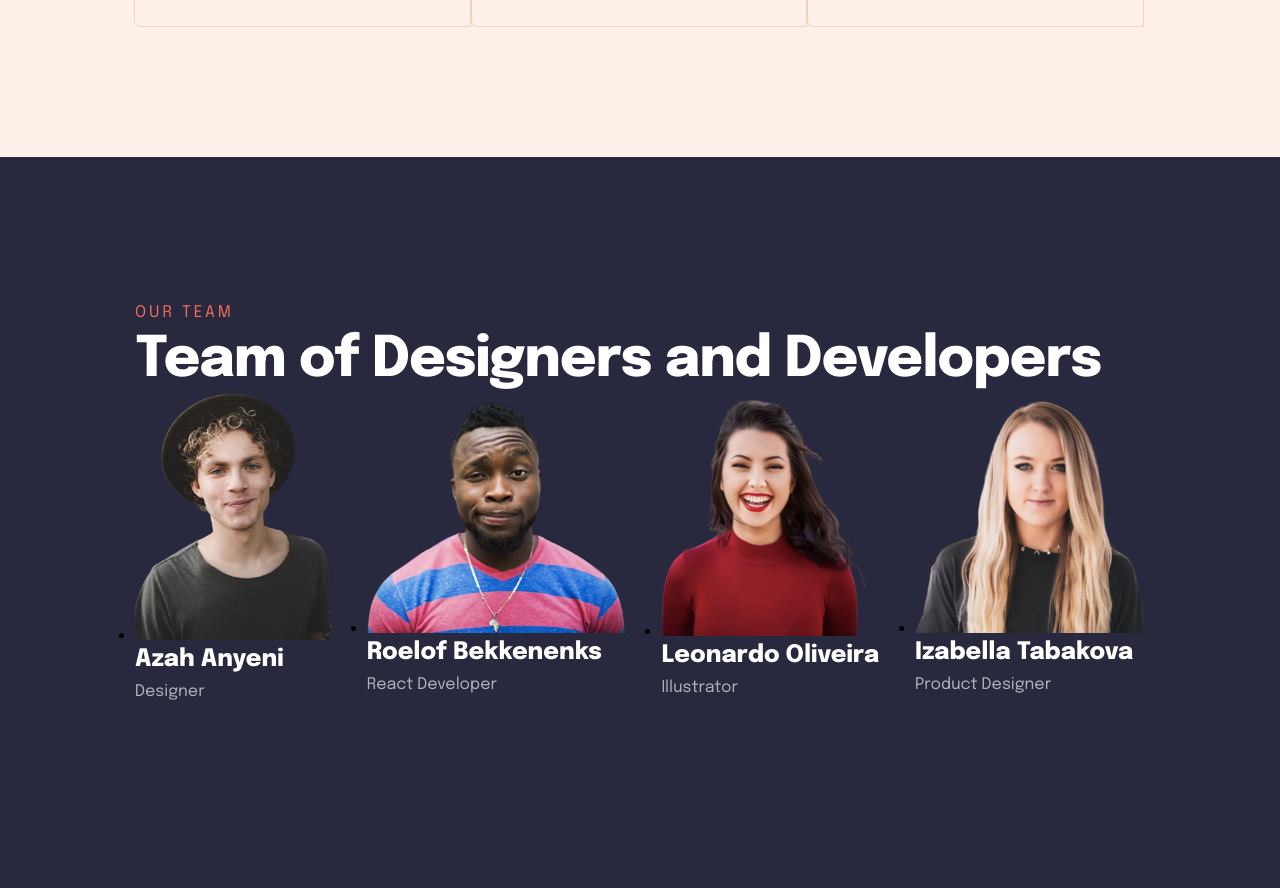
Repository: qafqazly123/websayt-1
Page: aboutPage/index.html
The author's editor kept a copy of each file at every save. The page is drawn from the files as they stood at one save, then again after a run of saves.
The browser window is 1280 px wide. The pictures show the part of the page from y = 1105 to 2057 px (the page is 1993 px tall before and 2057 px after).
A picture or video elsewhere on the page could not be fetched, so the positions and the page height are approximate.

Above is the page before, as saved 2023-12-19 15:23:50.

### aboutPage/index.html
<!DOCTYPE html>
<html lang="en">
  <head>
    <meta charset="UTF-8" />
    <meta name="viewport" content="width=device-width, initial-scale=1.0" />
    <title>Document</title>
    <link rel="stylesheet" href="index.css" />
  </head>
  <body>
    <div class="container-1">
      <div class="container-img">
        <img src="https://cdn.hswstatic.com/gif/biz-networking1.jpg" alt="" />
      </div>
      <div class="right-container">
        <div class="text-container">
          <h1>Founder Words</h1>
          <h2>
            Digital agency is a business you hire to outsource your digital
            marketing efforts
          </h2>
          <h4>Ren Delan</h4>
          <p>Founder</p>
        </div>
        <img src="./Shape.svg" alt="" />
      </div>
    </div>
    <div class="container-down">
      <ul>
        <li>
          <div class="circle-box">
            <div class="circle">
              <svg
                xmlns="http://www.w3.org/2000/svg"
                width="24"
                height="24"
                viewBox="0 0 24 24"
                fill="none"
              >
                <path
                  fill-rule="evenodd"
                  clip-rule="evenodd"
                  d="M2.82812 0.765296C3.35902 0.235151 4.09188 -0.0416708 4.84066 0.0050961C5.58945 0.051863 6.28217 0.417722 6.743 1.00981L9.43541 4.46897C9.92889 5.10349 10.1029 5.93003 9.9079 6.71007L9.08742 9.99522C9.00114 10.3413 9.10245 10.7073 9.35441 10.9598L13.0398 14.6454C13.2925 14.8979 13.6592 14.9993 14.0058 14.9124L17.2892 14.0919C18.0691 13.8969 18.8953 14.0711 19.5301 14.5644L22.989 17.2555C24.2324 18.2231 24.3464 20.0607 23.2335 21.1722L21.6825 22.7233C20.5726 23.8333 18.9136 24.3209 17.3672 23.7763C13.4091 22.3836 9.81531 20.1174 6.85249 17.146C3.88152 14.1834 1.61557 10.5899 0.222699 6.63206C-0.320284 5.08699 0.167201 3.42642 1.27717 2.31637L2.82812 0.765296Z"
                  fill="white"
                />
              </svg>
            </div>
            <h2>Phone</h2>
          </div>
          <p>+1 (234) 567-89-00</p>
        </li>
        <li>
          <div class="circle-box">
            <div class="circle">
              <svg
                xmlns="http://www.w3.org/2000/svg"
                width="24"
                height="24"
                viewBox="0 0 24 24"
                fill="none"
              >
                <path
                  fill-rule="evenodd"
                  clip-rule="evenodd"
                  d="M2.82812 0.765296C3.35902 0.235151 4.09188 -0.0416708 4.84066 0.0050961C5.58945 0.051863 6.28217 0.417722 6.743 1.00981L9.43541 4.46897C9.92889 5.10349 10.1029 5.93003 9.9079 6.71007L9.08742 9.99522C9.00114 10.3413 9.10245 10.7073 9.35441 10.9598L13.0398 14.6454C13.2925 14.8979 13.6592 14.9993 14.0058 14.9124L17.2892 14.0919C18.0691 13.8969 18.8953 14.0711 19.5301 14.5644L22.989 17.2555C24.2324 18.2231 24.3464 20.0607 23.2335 21.1722L21.6825 22.7233C20.5726 23.8333 18.9136 24.3209 17.3672 23.7763C13.4091 22.3836 9.81531 20.1174 6.85249 17.146C3.88152 14.1834 1.61557 10.5899 0.222699 6.63206C-0.320284 5.08699 0.167201 3.42642 1.27717 2.31637L2.82812 0.765296Z"
                  fill="white"
                />
              </svg>
            </div>
            <h2>Phone</h2>
          </div>

          <p>info@agency.com</p>
        </li>
        <li>
          <div class="circle-box">
            <div class="circle">
              <svg
                xmlns="http://www.w3.org/2000/svg"
                width="24"
                height="24"
                viewBox="0 0 24 24"
                fill="none"
              >
                <path
                  fill-rule="evenodd"
                  clip-rule="evenodd"
                  d="M2.82812 0.765296C3.35902 0.235151 4.09188 -0.0416708 4.84066 0.0050961C5.58945 0.051863 6.28217 0.417722 6.743 1.00981L9.43541 4.46897C9.92889 5.10349 10.1029 5.93003 9.9079 6.71007L9.08742 9.99522C9.00114 10.3413 9.10245 10.7073 9.35441 10.9598L13.0398 14.6454C13.2925 14.8979 13.6592 14.9993 14.0058 14.9124L17.2892 14.0919C18.0691 13.8969 18.8953 14.0711 19.5301 14.5644L22.989 17.2555C24.2324 18.2231 24.3464 20.0607 23.2335 21.1722L21.6825 22.7233C20.5726 23.8333 18.9136 24.3209 17.3672 23.7763C13.4091 22.3836 9.81531 20.1174 6.85249 17.146C3.88152 14.1834 1.61557 10.5899 0.222699 6.63206C-0.320284 5.08699 0.167201 3.42642 1.27717 2.31637L2.82812 0.765296Z"
                  fill="white"
                />
              </svg>
            </div>
            <h2>Phone</h2>
          </div>

          <p>2247 Lunetta Street, TX 76301</p>
        </li>
      </ul>
    </div>
    <div class="container-3">
      <h2>Our Team</h2>
      <h1>Team of Designers and Developers</h1>
      <ul>
        <li>
          <img src="../images/Bitmap.svg" alt="" />
          <h3>Azah Anyeni</h3>
          <p>Designer</p>
        </li>
        <li>
          <img src="../images/Bitmap (1).svg" alt="" />
          <h3>Roelof Bekkenenks</h3>
          <p>React Developer</p>
        </li>
        <li>
          <img src="../images/Bitmap (2).svg" alt="" />
          <h3>Leonardo Oliveira</h3>
          <p>Illustrator</p>
        </li>
        <li>
          <img src="../images/Bitmap (3).svg" alt="" />
          <h3>Izabella Tabakova</h3>
          <p>Product Designer</p>
        </li>
      </ul>
    </div>
  </body>
</html>

### aboutPage/index.css
@import url("https://fonts.googleapis.com/css2?family=Epilogue:wght@400;800&display=swap");
* {
  padding: 0px;
  margin: 0px;
  box-sizing: border-box;
}
.container-1 {
  padding: 180px 135px 176px 135px;
  background-color: #28293e;
  display: flex;
}
.container-img img {
  margin-right: 130px;
  width: 477px;
  height: 420px;
  background: url(<path-to-image>), lightgray 0px 0px / 100% 100% no-repeat;
}
.text-container {
  margin-top: 44px;
  position: relative;
  z-index: 1;
}
.text-container h1 {
  margin-bottom: 33px;
  color: var(--Text_Light_Accent, #ef6d58);
  font-feature-settings: "clig" off, "liga" off;

  font-family: Epilogue;
  font-size: 16px;
  font-style: normal;
  font-weight: 400;
  line-height: 32px;
  letter-spacing: 3px;
  text-transform: uppercase;
}
.text-container h2 {
  color: var(--Text_Light, #fff);
  font-feature-settings: "clig" off, "liga" off;

  font-family: Epilogue;
  font-size: 40px;
  font-style: normal;
  font-weight: 800;
  line-height: 48px;
}
.text-container h4 {
  margin-top: 44px;
  color: var(--Text_Light, #fff);
  font-feature-settings: "clig" off, "liga" off;

  /* Text_Big */
  font-family: Epilogue;
  font-size: 20px;
  font-style: normal;
  font-weight: 400;
  line-height: 32px; /* 160% */
}
.text-container p {
  margin-top: 6px;
  color: var(--Text_Light_Gray, rgba(255, 255, 255, 0.64));
  font-feature-settings: "clig" off, "liga" off;

  /* Text_Small */
  font-family: Epilogue;
  font-size: 14px;
  font-style: normal;
  font-weight: 400;
  line-height: 24px; /* 171.429% */
}
.right-container {
  position: relative;
}

.right-container img {
  position: absolute;
  right: 46px;
  top: 53px;
  z-index: 0;
}
/* down */
.container-down {
  padding: 80px 135px 130px 134px;
  background: #fdf0e9;
}
.container-down ul {
  display: flex;
}
.container-down li {
  width: 33.3%;
  padding: 48px;
  list-style-type: none;
  border-radius: 6px 0px 0px 6px;
  border: 1px solid #f3d1bf;
  position: relative;
}

.container-down li h2 {
  color: var(--Text_Dark_Accent, #ef6d58);
  font-feature-settings: "clig" off, "liga" off;

  font-family: Epilogue;
  font-size: 16px;
  font-style: normal;
  font-weight: 400;
  line-height: 32px;
  letter-spacing: 3px;
  text-transform: uppercase;
}
.container-down li p {
  color: var(--Text_Dark, #391400);
  font-feature-settings: "clig" off, "liga" off;

  /* Text_Big */
  font-family: Epilogue;
  font-size: 20px;
  font-style: normal;
  font-weight: 400;
  line-height: 32px; /* 160% */
}

.container-down .circle-box {
  display: flex;
  align-items: center;
  margin-bottom: 15px;
}

.container-down .circle {
  width: 64px;
  height: 64px;
  margin-right: 10px;
  background-color: #ef6d58;
  border-radius: 50%;
  display: flex;
  justify-content: center;
  align-items: center;
}
@media screen and (max-width: 768px) {
  .container-1 {
    padding: 116px 23px 88px 23px;
    flex-direction: column;
    align-items: center;
  }
  .container-1  .container-img img {
    width: 275.321px;
    height: 242.813px;
    margin-right: 0px;
    flex-direction: column;
  }
  .container-1.text-container {
    margin-top: 41px;
    flex-direction: column;
  }
  .container-1 .text-container h1 {
    margin-bottom: 29px;
  }
  .container-1 .text-container h2 {
    font-size: 24px;
    font-style: normal;
    font-weight: 700;
    line-height: 32px; /* 133.333% */
  }
  .container-1 .text-container h4 {
    margin-top: 23px;
  }
  /* down */
  .container-down {
    padding: 32px 23px 123px 23px;
  }
  .container-down ul {
    flex-direction: column;
  }
  .container-down li {
    padding: 30px;
    width: 100%;
  }
}
/* container-3 */
.container-3{
  padding: 140px 135px 180px 135px;
  background-color: #28293E;
}
.container-3 h2{
  color: var(--Text_Light_Accent, #EF6D58);
  font-feature-settings: 'clig' off, 'liga' off;

  /* H5 */
  font-family: Epilogue;
  font-size: 16px;
  font-style: normal;
  font-weight: 400;
  line-height: 32px; /* 200% */
  letter-spacing: 3px;
  text-transform: uppercase;
}
.container-3 h1{
  color: var(--Text_Light, #FFF);
  font-feature-settings: 'clig' off, 'liga' off;

  /* H2 */
  font-family: Epilogue;
  font-size: 56px;
  font-style: normal;
  font-weight: 800;
  line-height: 64px; /* 114.286% */
  letter-spacing: -1px;
}
.container-3 li h3{
  color: var(--Text_Light, #FFF);
font-feature-settings: 'clig' off, 'liga' off;

/* H4 */
font-family: Epilogue;
font-size: 24px;
font-style: normal;
font-weight: 700;
line-height: 32px; /* 133.333% */
}
.container-3 ul{
  display: flex;
  justify-content: space-between;
  align-items: center;
  margin-top: ;
}
.container-3 li p{
  color: var(--Text_Light_Gray, rgba(255, 255, 255, 0.64));
font-feature-settings: 'clig' off, 'liga' off;

/* Text */
font-family: Epilogue;
font-size: 16px;
font-style: normal;
font-weight: 400;
line-height: 32px; /* 200% */
}

After the next 2 saves:
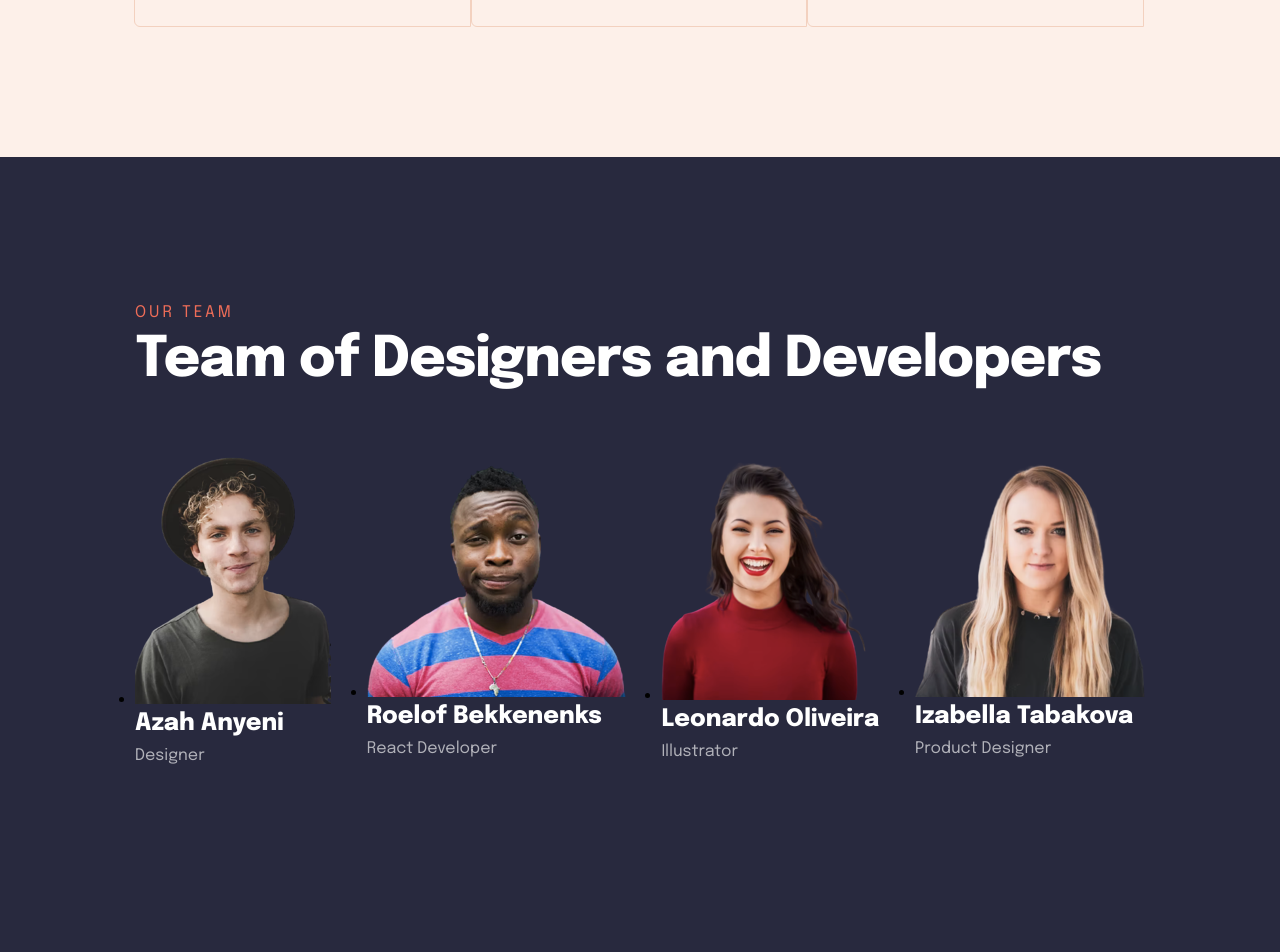
The 2 saves are shown as one change because they came seconds apart.
The last was saved 9 s later.
--- a/aboutPage/index.css
+++ b/aboutPage/index.css
@@ -219,7 +219,7 @@ line-height: 32px; /* 133.333% */
   display: flex;
   justify-content: space-between;
   align-items: center;
-  margin-top: ;
+  margin-top: 64px;
 }
 .container-3 li p{
   color: var(--Text_Light_Gray, rgba(255, 255, 255, 0.64));
